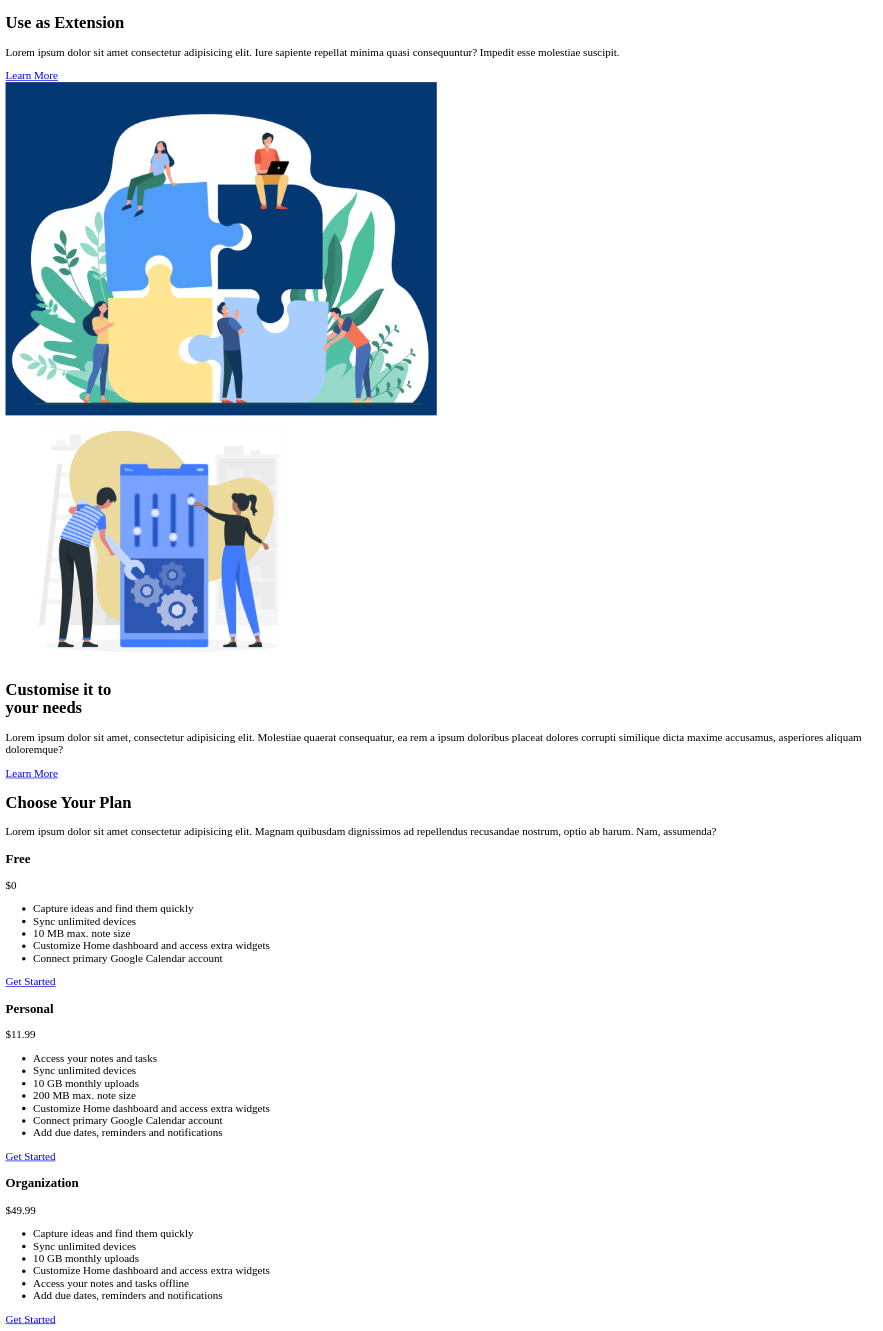
Repository: rinesagajtani0/whitespace_saas
Page: index.html
An editor plug-in stored every save of this project. The page is shown before and after the next save, followed by the edit.
The browser window is 1280 px wide. The pictures show the whole page, at 69% of full size.

Above is the page before, as saved 2025-11-01 16:02:34.

### index.html
<!DOCTYPE html>
<html lang="en">
  <head>
    <meta charset="UTF-8" />
    <meta name="viewport" content="width=device-width, initial-scale=1.0" />
    <title>Document</title>
    <link rel="stylesheet" href="style.css" />
  </head>
  <body>
    <section class="hero hero-blue">
      <div class="hero__container">
        <div class="hero__content">
          <h2 class="hero__title">
            Use as <span class="highlight">Extension</span>
          </h2>
          <p class="hero__text">
            Lorem ipsum dolor sit amet consectetur adipisicing elit. Iure
            sapiente repellat minima quasi consequuntur? Impedit esse molestiae
            suscipit.
          </p>
          <a href="#" class="hero__btn btn btn--light">Learn More </a>
        </div>

        <div class="hero__image">
          <img src="img/foto1.png" alt="" />
        </div>
      </div>
    </section>

    <section class="costumsize">
      <div class="customise__container">
        <div class="customise__image">
          <img src="img/foto2.png" alt="" />
        </div>

        <div class="customise__content">
          <h2 class="customise__title">
            Customise it to <br />
            your needs
          </h2>
          <p class="customise__text">
            Lorem ipsum dolor sit amet, consectetur adipisicing elit. Molestiae
            quaerat consequatur, ea rem a ipsum doloribus placeat dolores
            corrupti similique dicta maxime accusamus, asperiores aliquam
            doloremque?
          </p>
          <a href="#" class="hero__btn btn btn--light">Learn More </a>
        </div>
      </div>
    </section>

    <section class="pricing">
      <div class="pricing__container">
        <h2 class="pricing__title">
          Choose <span class="highlight">Your Plan</span>
        </h2>
        <p class="pricing__text">
          Lorem ipsum dolor sit amet consectetur adipisicing elit. Magnam
          quibusdam dignissimos ad repellendus recusandae nostrum, optio ab
          harum. Nam, assumenda?
        </p>
      </div>

      <div class="pricing__cards">
        <div class="pricing__card">
          <h3 class="pricing__plan">Free</h3>
          <p class="pricing__price">$0</p>
           <ul class="pricing__features">
            <li>Capture ideas and find them quickly</li>
            <li>Sync unlimited devices</li>
            <li>10 MB max. note size</li>
            <li>Customize Home dashboard and access extra widgets</li>
            <li>Connect primary Google Calendar account</li>
          </ul>
          <a href="#" class="btn btn--outline">Get Started</a>
        </div>

        <div class="pricing__card pricing__card--featured">
          <h3 class="pricing__plan">Personal</h3>
          <p class="pricing__price">$11.99</p>
          <ul class="pricing__features">
            <li>Access your notes and tasks</li>
            <li>Sync unlimited devices</li>
            <li>10 GB monthly uploads</li>
            <li>200 MB max. note size</li>
            <li>Customize Home dashboard and access extra widgets</li>
            <li>Connect primary Google Calendar account</li>
            <li>Add due dates, reminders and notifications</li>
          </ul>
          <a href="#" class="btn btn--light btn--full">Get Started</a>
        </div>

         <div class="pricing__card">
          <h3 class="pricing__plan">Organization</h3>
          <p class="pricing__price">$49.99</p>
          <ul class="pricing__features">
            <li>Capture ideas and find them quickly</li>
            <li>Sync unlimited devices</li>
            <li>10 GB monthly uploads</li>
            <li>Customize Home dashboard and access extra widgets</li>
            <li>Access your notes and tasks offline</li>
            <li>Add due dates, reminders and notifications</li>
          </ul>
          <a href="#" class="btn btn--outline">Get Started</a>
        </div>
        </div>
      </div>
    </section>
  </body>
</html>

Loaded but not shown: style.css (no stored copy; drawn as an empty file)

After the next save:
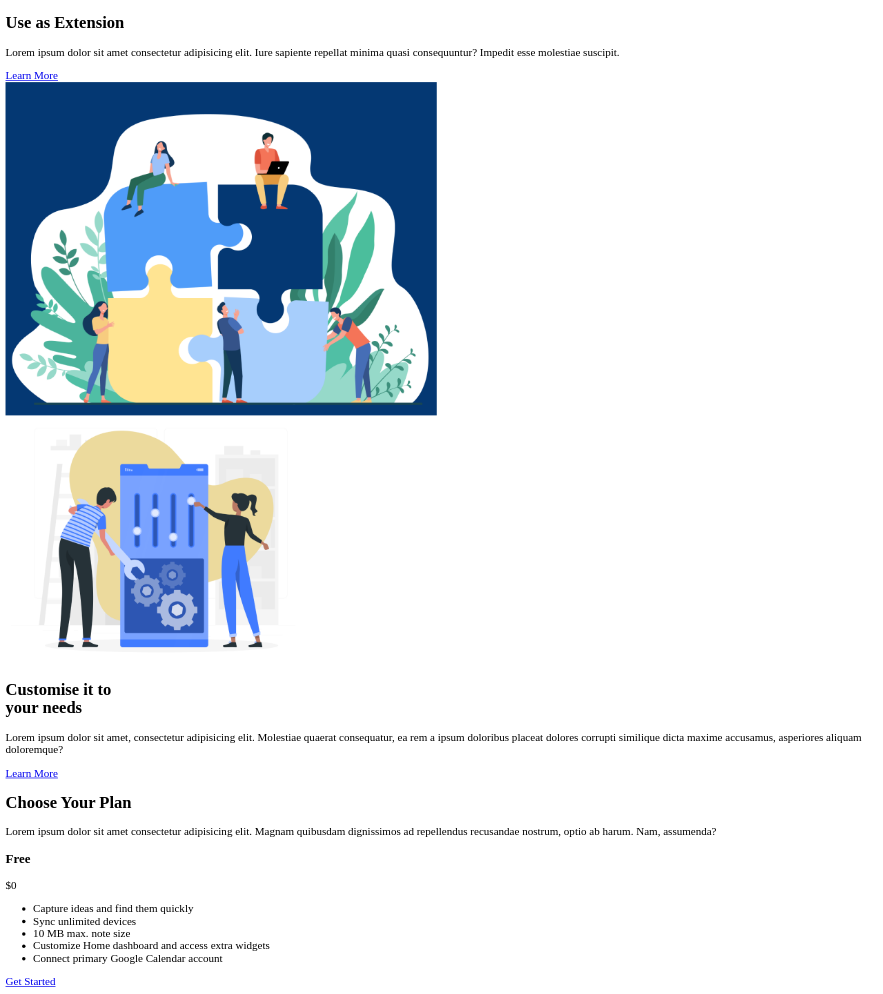
Saved 5 s later.
--- a/index.html
+++ b/index.html
@@ -75,34 +75,7 @@
           <a href="#" class="btn btn--outline">Get Started</a>
         </div>
 
-        <div class="pricing__card pricing__card--featured">
-          <h3 class="pricing__plan">Personal</h3>
-          <p class="pricing__price">$11.99</p>
-          <ul class="pricing__features">
-            <li>Access your notes and tasks</li>
-            <li>Sync unlimited devices</li>
-            <li>10 GB monthly uploads</li>
-            <li>200 MB max. note size</li>
-            <li>Customize Home dashboard and access extra widgets</li>
-            <li>Connect primary Google Calendar account</li>
-            <li>Add due dates, reminders and notifications</li>
-          </ul>
-          <a href="#" class="btn btn--light btn--full">Get Started</a>
-        </div>
 
-         <div class="pricing__card">
-          <h3 class="pricing__plan">Organization</h3>
-          <p class="pricing__price">$49.99</p>
-          <ul class="pricing__features">
-            <li>Capture ideas and find them quickly</li>
-            <li>Sync unlimited devices</li>
-            <li>10 GB monthly uploads</li>
-            <li>Customize Home dashboard and access extra widgets</li>
-            <li>Access your notes and tasks offline</li>
-            <li>Add due dates, reminders and notifications</li>
-          </ul>
-          <a href="#" class="btn btn--outline">Get Started</a>
-        </div>
         </div>
       </div>
     </section>
